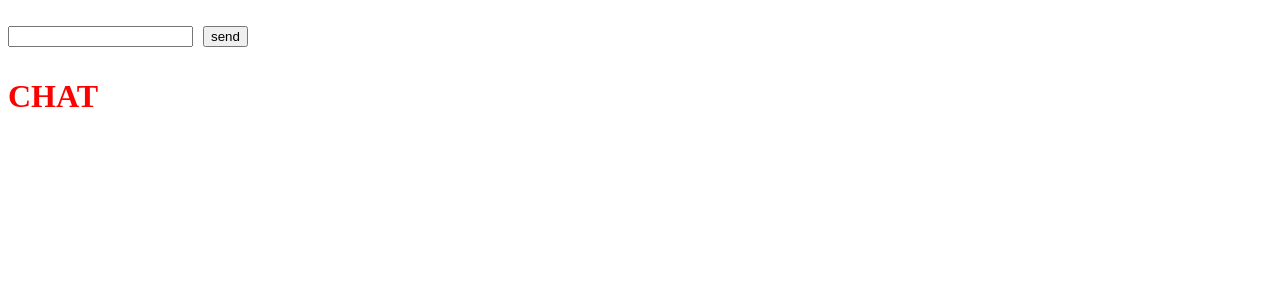
Repository: RiteshK555/chat-app
Page: index.html
These files come from the project's save history. The page is drawn as it stood at one moment and after the next save; the edit follows.
The browser window is 1280 px wide. The pictures show the whole page.

Above is the page before, as saved 2021-09-24 23:28:54.

After the next save:
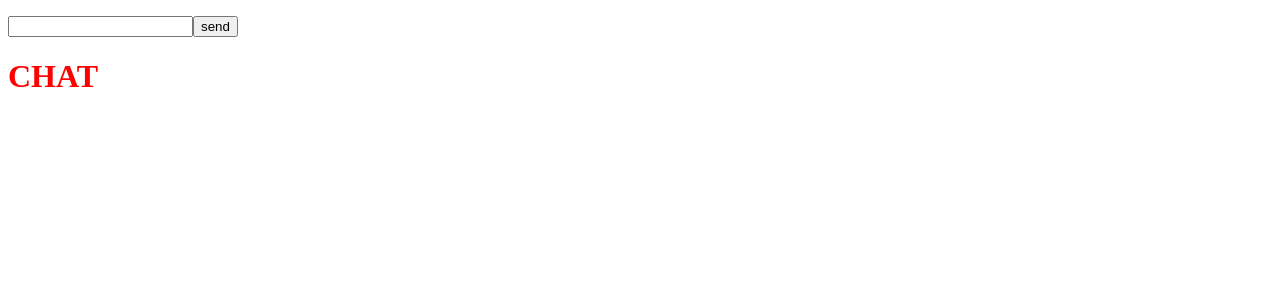
Saved 5 s later.
--- a/styles.css
+++ b/styles.css
@@ -1,5 +1,5 @@
 #button{
-    margin:10px;
+    margin:0px;
 }
 #h1{
     color:red;
